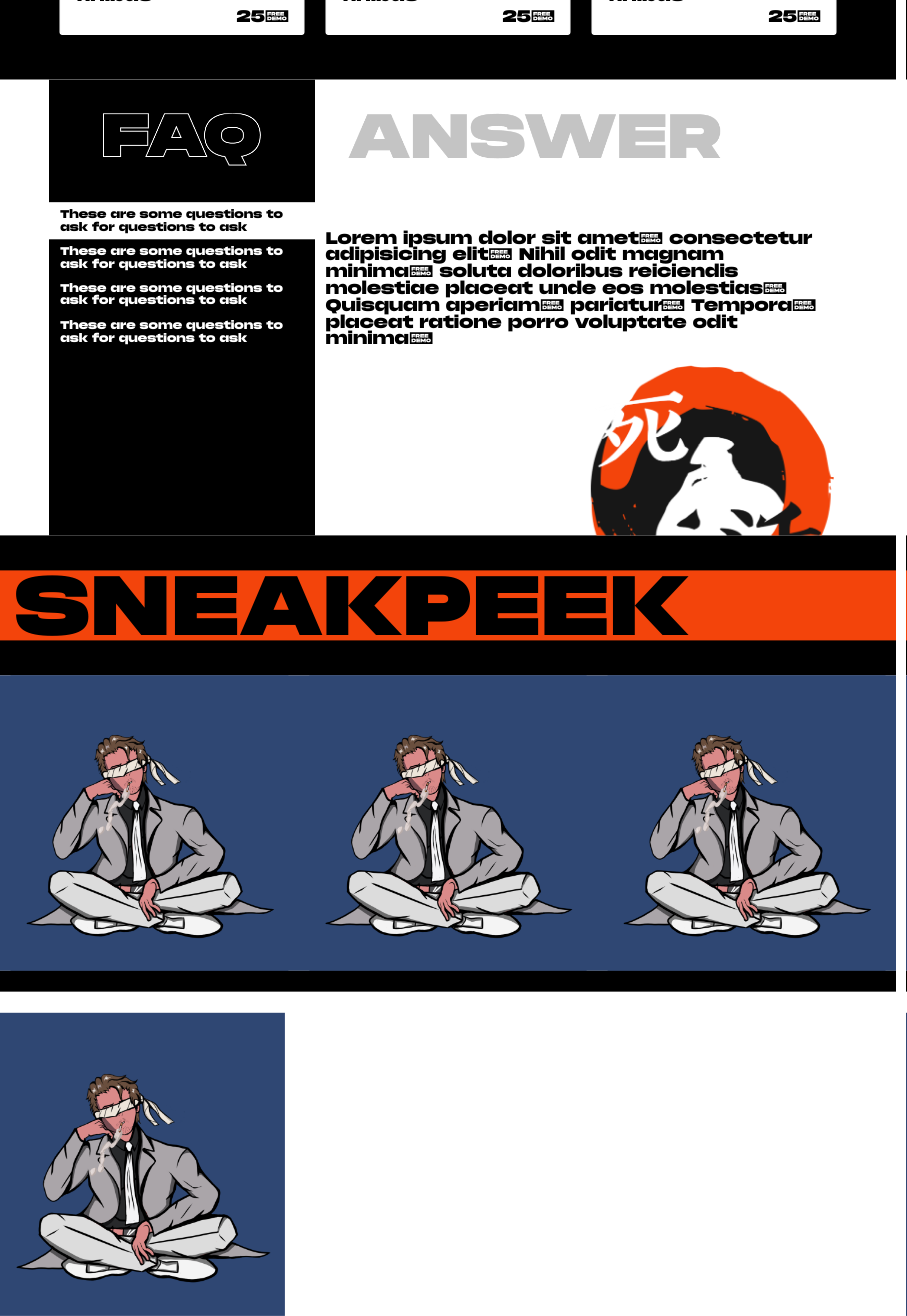
Repository: danishmahmoodawan/Sneakpeak
Page: /
These files come from the project's save history. The page is drawn as it stood at one moment and after the next save; the edit follows.
The browser window is 1280 px wide. The page is 1295 px wide, so the pictures cover 1295 px, including what lies to the right of the window. The pictures show the part of the page from y = 1587 to 3467 px (the page is 3467 px tall before and 3258 px after), at 70% of full size.
The project was rebuilt for these pictures with package versions that can differ from the ones it lists, and the page was loaded fresh each time.

Above is the page before, as saved 2022-02-28 22:08:39.

### public/index.html
<!DOCTYPE html>
<html lang="en">
  <head>
    <meta charset="utf-8" />
    <meta name="viewport" content="width=device-width, initial-scale=1" />
    <link rel="stylesheet" href="https://cdnjs.cloudflare.com/ajax/libs/twitter-bootstrap/4.6.0/css/bootstrap.min.css">
	<link rel="stylesheet" href="https://cdnjs.cloudflare.com/ajax/libs/font-awesome/5.15.4/css/all.min.css">
	<link rel="stylesheet" href="assets/css/style.css">
	<title>SneakPeak</title>
  </head>
  <body>
    <noscript>You need to enable JavaScript to run this app.</noscript>
    <div id="root"></div>
	<script src="https://cdnjs.cloudflare.com/ajax/libs/jquery/3.5.1/jquery.slim.min.js"></script>
	<script src="https://cdnjs.cloudflare.com/ajax/libs/popper.js/1.16.1/umd/popper.min.js"></script>
  <script src="https://cdnjs.cloudflare.com/ajax/libs/twitter-bootstrap/4.6.0/js/bootstrap.min.js"></script>
  <link rel="stylesheet" href="https://fonts.googleapis.com/css2?family=Inter:wght@100;200;300;400;500;600;700;800;900&display=swap"/>
  <link rel="stylesheet" href="https://fonts.googleapis.com/css2?family=VT323:wght@400&display=swap"/>
  </body>
</html>

### src/App.js
import Home from "./pages/Home";

function App() {
  return (
    <div>
      <Home />
    </div>
  );
}

export default App;

### src/pages/Home.js

import { useState, useEffect } from 'react';
function Home() {

  return (
   <>
 <section className="top_section">
            <div className="container">
                <div className="row">
                    <div className="col-12 text-center top_image">
                        <div className="social_div">
                            <img src="assets/images/ICON_INSTA24.png" alt="ICON_INSTA24" className="desktop_image"/>
                            <img src="assets/images/ICON_MEDIUM25.png" alt="ICON_MEDIUM25" className="desktop_image"/>
                            <img src="assets/images/ICON_OS26.png" alt="ICON_OS26" className="desktop_image"/>
                            <img src="assets/images/ICON_TWITTER27.png" alt="ICON_TWITTER27" className="desktop_image"/>
                            <img src="assets/images/ICON_DISCORD28.png" alt="ICON_DISCORD28" className="desktop_image"/>
                        </div>
                    </div>
                </div>
            </div>
        </section>
        <section className="first_section"></section>

        <section className="second_section">
            <div className="container">
                <div className="row d-flex align-items-center justify-content-center">
                    <div className="col-12 col-md-5 left_sec_col img_col">
                        <div className="row">
                          <div className="col-12 right_inner_sec_col row_set_whi">
                                <div className="row">
                                    <div className="col-4 col_white">
                                        <p>PRICE</p>
                                    </div>
                                    <div className="col-8 col_black">
                                        <p>0.15 Ξ</p>
                                    </div>
                                </div>
                                <div className="row">
                                    <div className="col-4 col_white">
                                        <p>TOTAL</p>
                                    </div>
                                    <div className="col-8 col_black">
                                        <p>1125 / 3333</p>
                                    </div>
                                </div>
                                <div className="row">
                                    <div className="col-4 col_white">
                                        <p>LIMIT</p>
                                    </div>
                                    <div className="col-8 col_black">
                                        <p>5 PER TX</p>
                                    </div>
                                </div>
                            </div>
                        </div>

                    </div>
                    <div className="col-12 col-md-2 left_sec_col text-center">
                        <div className="row"><div className="col-12 icon_size p-0"> <a href="#" target={{target:"_blank"}}> <svg xmlns="http://www.w3.org/2000/svg" width="50" height="40" fill="currentColor" class="bi bi-chevron-compact-up" viewBox="0 0 16 16">
  <path fill-rule="evenodd" d="M7.776 5.553a.5.5 0 0 1 .448 0l6 3a.5.5 0 1 1-.448.894L8 6.56 2.224 9.447a.5.5 0 1 1-.448-.894l6-3z"/>
</svg></a></div>
 </div>
                        <div className="row"><div className="col-12 icon_size p-0"><span class="counts"> 5 </span></div> </div>
                        <div className="row"><div className="col-12 icon_size p-0"><a href="#" target={{target:"_blank"}}> <svg xmlns="http://www.w3.org/2000/svg" width="50" height="40" fill="currentColor" class="bi bi-chevron-compact-down" viewBox="0 0 16 16">
  <path fill-rule="evenodd" d="M1.553 6.776a.5.5 0 0 1 .67-.223L8 9.44l5.776-2.888a.5.5 0 1 1 .448.894l-6 3a.5.5 0 0 1-.448 0l-6-3a.5.5 0 0 1-.223-.67z"/>
</svg></a></div>
 </div>
                    </div>
                    <div className="col-12 col-md-2 mintbtns right_col">
                    <button classname=" m-2">MINT <br /> NOW</button>
                    </div>
                </div>
            </div>
        </section>

        <section className="third_section roadmapSec">
            <div className="container">
                <div className="row third_row">
                <div className="col-12 "><h1>ROADMAP</h1></div>
                 </div>
                 <div className="row set_map">
                 <div className="col-sm-12 col-md-4">
                 <div className="btn map_one maptwo btn-primary position-relative">
             <p>    Lorem ipsum dolor sit amet consectetur adipiscing elit Aliquam ac dapibus orci sit amet laoreet odio Sed commodo nulla sit amet est posuere lobortis Maecenas ultrices justo non cursus finibus </p>
  <span class="position-absolute top-0 start-100 translate-middle badge rounded-pill set_ict">
  <img src="assets/images/01.png" alt="PREVIEW_Artboard321293" className="desktop122_image" />
  </span>
  <p className="text-right">25%</p>
</div>
                 </div>
                 <div className="col-sm-12 col-md-4">
                 <div className="btn map_one maptwo btn-primary position-relative">
             <p>    Lorem ipsum dolor sit amet consectetur adipiscing elit Aliquam ac dapibus orci sit amet laoreet odio Sed commodo nulla sit amet est posuere lobortis Maecenas ultrices justo non cursus finibus </p>
  <span class="position-absolute top-0 start-100 translate-middle badge rounded-pill set_ict">
  <img src="assets/images/02.png" alt="PREVIEW_Artboard321293" className="desktop122_image" />
  </span>
  <p className="text-right">25%</p>
</div>
                 </div>
                 <div className="col-sm-12 col-md-4">
                 <div className="btn map_one maptwo btn-primary position-relative">
             <p>    Lorem ipsum dolor sit amet consectetur adipiscing elit Aliquam ac dapibus orci sit amet laoreet odio Sed commodo nulla sit amet est posuere lobortis Maecenas ultrices justo non cursus finibus </p>
  <span class="position-absolute top-0 start-100 translate-middle badge rounded-pill set_ict">
  <img src="assets/images/03.png" alt="PREVIEW_Artboard321293" className="desktop122_image" />
  </span>
  <p className="text-right">25%</p>
</div>
                 </div>
                 </div>
             </div>
        </section>
        <section className="forth_section faq_container">
            <div className="container">
            <div className="row">
            <div className="col-4 faq_col p-5">
            <img src="assets/images/faq.png" alt="PREVIEW_Artboard321293" className="desktop122_image" />
</div>
            <div className="col-8 p-5">
            <img src="assets/images/answer.png" alt="PREVIEW_Artboard321293" className="desktop122_image" />
            </div>
            </div>



<div className="row">
<div className="col-md-4 bg_link faq_tabss p-0">

    <ul className="nav md-pills pills-secondary d-flex flex-column">
      <li className="nav-item">
        <a className="nav-link active" data-toggle="tab" href="#panel11" role="tab">These are some questions to ask for questions to ask</a>
      </li>
      <li className="nav-item">
        <a className="nav-link" data-toggle="tab" href="#panel12" role="tab">These are some questions to ask for questions to ask</a>
      </li>
      <li className="nav-item">
        <a className="nav-link" data-toggle="tab" href="#panel13" role="tab">These are some questions to ask for questions to ask</a>
      </li>
      <li className="nav-item">
        <a className="nav-link" data-toggle="tab" href="#panel14" role="tab">These are some questions to ask for questions to ask</a>
      </li>
    </ul>

  </div>
  <div className="col-md-8 logo_ns">

    <div className="tab-content pt-0">

      <div className="tab-pane fade in show active" id="panel11" role="tabpanel">
        <br />

        <p>Lorem ipsum dolor sit amet, consectetur adipisicing elit. Nihil odit magnam minima, soluta doloribus
          reiciendis molestiae placeat unde eos molestias. Quisquam aperiam, pariatur. Tempora, placeat ratione
          porro voluptate odit minima.</p>
          <img src="assets/images/logo_set.png" alt="LOGO" className="desktop122_image" />


      </div>
      <div className="tab-pane fade" id="panel12" role="tabpanel">
        <br />

        <p>Lorem ipsum dolor sit amet, consectetur adipisicing elit. Nihil odit magnam minima, soluta doloribus
          reiciendis molestiae placeat unde eos molestias. Quisquam aperiam, pariatur. Tempora, placeat ratione
          porro voluptate odit minima.</p>
        <p>Lorem ipsum dolor sit amet, consectetur adipisicing elit. Nihil odit magnam minima, soluta doloribus
          reiciendis molestiae placeat unde eos molestias. Quisquam aperiam, pariatur. Tempora, placeat ratione
          porro voluptate odit minima.</p>

      </div>
      <div className="tab-pane fade" id="panel13" role="tabpanel">
        <br />

        <p>Lorem ipsum dolor sit amet, consectetur adipisicing elit. Nihil odit magnam minima, soluta doloribus
          reiciendis molestiae placeat unde eos molestias. Quisquam aperiam, pariatur. Tempora, placeat ratione
          porro voluptate odit minima.</p>
          <img src="assets/images/logo_set.png" alt="LOGO" className="desktop122_image" />


      </div>
      <div className="tab-pane fade" id="panel14" role="tabpanel">
        <br />

        <p>Lorem ipsum dolor sit amet, consectetur adipisicing elit. Nihil odit magnam minima, soluta doloribus
          reiciendis molestiae placeat unde eos molestias. Quisquam aperiam, pariatur. Tempora, placeat ratione
          porro voluptate odit minima.</p>
        <p>Lorem ipsum dolor sit amet, consectetur adipisicing elit. Nihil odit magnam minima, soluta doloribus
          reiciendis molestiae placeat unde eos molestias. Quisquam aperiam, pariatur. Tempora, placeat ratione
          porro voluptate odit minima.</p>

      </div>


    </div>


</div>

</div>
</div>


        </section>

        <section className="fifth_section">
            <div className="container-fluid fifth_container">
            <div className="row"><div className="col-12">
                <h2 className="road_map">SNEAKPEEK</h2>
            </div></div></div>
        </section>
        <section className="six_section">
            <div className="container-fluid">
            <div className="row">
            <div className="col-4">
            <img src="assets/images/char_img.png" alt="char_img" className="desktop122_image" />
            </div>
            <div className="col-4">
            <img src="assets/images/char_img.png" alt="char_img" className="desktop122_image" />
            </div>
            <div className="col-4">
            <img src="assets/images/char_img.png" alt="char_img" className="desktop122_image" />
            </div>

            </div>
            </div>
        </section>
        <section>
        <div className="row">
            <div className="col-12">
            <div class="empty_div"> </div>
            </div>
            <div className="col-12">
            <div class="empty_divs"> </div>
            </div>
            </div>
        </section>
        <section className="section_seven">
        <div className="row">
            <div className="col-4">
            <img src="assets/images/char_img.png" alt="char_img" className="desktop122_image" />
            </div>
            </div>
        </section>

	</>
  );
}

export default Home;

### public/assets/css/style.css
html {
  font-family: Inter;
  font-size: 16px;
}
@font-face {
  font-family: 'Phonk-cont';
  src: url('../fonts/Phonk-ContrastDEMO.ttf');
}
@font-face {
  font-family: 'Phonk-regular';
  src: url('../fonts/Phonk-ReguularDEMO.ttf');
}
body {
  font-weight: 400;
  font-style:normal;
  text-decoration: none;
  text-transform: none;
  letter-spacing: normal;
  line-height: 1.15;
  color: var(--dl-color-gray-black);
  background-color: var(--dl-color-gray-white);
}
p{
  margin-bottom: 0px;
  font-family: Phonk-cont;
  font-size: 24px;
  font-style: normal;
  font-weight: 400;
  line-height: 24px;
  letter-spacing: 0em;
  text-align: left;
  color:#FFF
}
h2{
  font-family: 'Phonk-cont';
  font-style: normal;
  font-weight: normal;
  font-size: 72px;
  line-height: 72px;
  color: #FFFFFF;
  text-align: center;
  margin-bottom: 0;
}
:root {
  --dl-color-gray-500: #595959;
  --dl-color-gray-700: #999999;
  --dl-color-gray-900: #D9D9D9;
  --dl-size-size-large: 144px;
  --dl-size-size-small: 48px;
  --dl-color-danger-300: #A22020;
  --dl-color-danger-500: #BF2626;
  --dl-color-danger-700: #E14747;
  --dl-color-gray-black: #000000;
  --dl-color-gray-white: #FFFFFF;
  --dl-size-size-medium: 96px;
  --dl-size-size-xlarge: 192px;
  --dl-size-size-xsmall: 16px;
  --dl-space-space-unit: 16px;
  --dl-color-primary-100: #003EB3;
  --dl-color-primary-300: #0074F0;
  --dl-color-primary-500: #14A9FF;
  --dl-color-primary-700: #85DCFF;
  --dl-color-success-300: #199033;
  --dl-color-success-500: #32A94C;
  --dl-color-success-700: #4CC366;
  --dl-size-size-xxlarge: 288px;
  --dl-size-size-maxwidth: 1400px;
  --dl-radius-radius-round: 50%;
  --dl-space-space-halfunit: 8px;
  --dl-space-space-sixunits: 96px;
  --dl-space-space-twounits: 32px;
  --dl-radius-radius-radius2: 2px;
  --dl-radius-radius-radius4: 4px;
  --dl-radius-radius-radius8: 8px;
  --dl-space-space-fiveunits: 80px;
  --dl-space-space-fourunits: 64px;
  --dl-space-space-threeunits: 48px;
  --dl-space-space-oneandhalfunits: 24px;
}

.desktop122_image{
  width: 100%;
}
/* css start */
.top_section{
  background-color: #222222;
  padding: 10px;
}
.empty_div{
height: 30px;
background: #000;
}
.empty_divs{
height: 30px;
background: white;
}
.section_seven{
background: rgba(255, 255, 255, 0.5);
}
.top_content .button{
  font-family: VT323;
  font-style: normal;
  font-weight: normal;
  font-size: 16px;
  line-height: 16px;
  color: #222222;
}
.first_section{
  background-image: url('images/banner_home.png');
  background-repeat: no-repeat;
  background-size: cover;
  height: 100vh;
  background-position: center;
}
.second_section{
  background-image: url('images/aksc.png');
    background-repeat: no-repeat;
    background-size: inherit;
    background-position: center;
    margin: -30px;
    width: 100%;
}
.third_row h1{
  font-family: Phonk-cont;
  font-style: normal;
  font-weight: 600;
  font-size: 100px;
  text-align: center;
  color: white;
}
.col_white p{
  color: #fff;
  padding: 8px 0;
  text-align: center;
}

.col_black p{
  color: #F3440B;
  padding: 8px 0;
  text-align: right;
}
.img_col{
  padding: 32px 20px !important;
}
.mintbtns button{
  background: #F3440B;
border-radius: 10px;
color: white;
padding: 44px 25px;
font-family: Phonk-cont;
font-weight: 600;
font-size: 36px;
line-height: 46px;
border-color: #F3440B;
}
.mintbtns button:hover{
  background: #bc350a;
}
.counts{
  font-family: Phonk-cont;
  font-style: normal;
  font-weight: 600;
  font-size: 55px;
  color: white;
}
.icon_size{
color: white;
}
.icon_size a{
  color: white;
}
.icon_size a:hover{
  color: #F3440B;
}
.second_section .row{
  align-items: center;
}
.left_sec_col{
  background-color: #000;
  padding: 20px 15px;
  border-radius: 10px;
  margin-left: 10px;
  margin-right: 10px;
}
.second_section .right_sec_col p{
  padding-left: 30px;
}
.pluss_minus_row{
  padding: 40px;
}
.second_section a.button{
  background: linear-gradient(90.9deg, #35A9AD 0%, #9D4DB1 100%);
  color: #FFF;
  font-family: VT323;
  display: block;
  text-decoration: none;
  max-width: 370px;
  margin: 0 auto;
  margin-top: 30px;
  cursor: pointer;
}
.map_one{
  background: #444444;
  border: 2px solid #FFFFFF;
box-sizing: border-box;
padding: 35px 20px 10px 20px;
margin-top: 16%;
}
.roadmapSec{
padding: 5% 0;
}
.maptwo{
  background: white;
}
.maptwo p{
  color: #000;
}
.forth_section img{
width: 80%;
}
.map_one p{
  line-height: 30px;
}
.maptwo .badge{
top: -118px !important;
}
.maptwo img{
  width: 82%;
}
.map_one .badge{
  top: -90px;
  right: -19px;

}
.set_ict{
  font-family: Phonk-cont;
  font-style: normal;
  font-weight: 600;
  font-size: 100px;
  text-align: center;
  color: white;
}
.map_one:hover{
  background: #444444;
  border: 2px solid #FFFFFF;
}
.maptwo:hover{
  background: white;
}
.map_one:active, .map_one:focus{
  background-color: #444444 !important;
  box-shadow: none !important;
  border-color: #fff !important;
}
.map_two:active, .map_two:focus{
  background-color: white !important;
  box-shadow: none !important;
  border-color: #fff !important;
}
.map_one:not(:disabled):not(.disabled){
  cursor: auto;
}
p.sol{
  color: rgba(34, 34, 34, 0.5);
  text-align: center;
  padding-top: 8px;
}
.third_section{
  background-color: black;
  padding-top: 7%;
}
.faq_container{
  background: white;
}
.faq_container h2{
  padding: 0 30px;

}
.faq_col{
background: black;
display: block;
text-align: center;
}
.bg_link{
  background: black;
}

.forth_left_col{
  background-color: #222222;
}
.forth_section p{
  margin: 20px 0;
  color: black;
}
.logo_ns img{
width: 50%;
float: right;
}
.forth_left_col p{
  background-color: #111111;
  color: #FFF;
  padding: 10px 20px;
}
.forth_right_col{
  padding-left: 100px;
}
.forth_right_col p{
  color: #111111;
}
.fifth_section{
  background: black;
  padding: 50px 0;
}
.fifth_section .container:not(:last-child) {
  background: #C4C4C4;
  max-width: 900px;
  margin: 0 auto;
  padding: 50px 30px 100px;
}

.fifth_section h2.road_map{
  font-size: 120px;
  line-height: 60px;
color:black;
text-align: left;
}
.fifth_section p{
  color: #111111;
}
.fifth_container{
background: #F3440B;
padding: 20px;
}
.six_section{
background: #2f4773;
}
.fifth_left_col{
  background-color: #FFF;
  border-right: 8px solid rgba(17, 17, 17, 0.5);
  border-bottom: 8px solid rgba(17, 17, 17, 0.5);
}
.fifth_left_col h2{
  font-size: 100px;
  line-height: 100px;
  color: #000000;
  padding: 20px;
}
.fifth_last_row .fifth_left_col{
  background: linear-gradient(90.9deg, #35A9AD 0%, #9D4DB1 100%);
  border-right: 8px solid rgba(255, 255, 255, 0.5);
  border-bottom: 8px solid rgba(255, 255, 255, 0.5);
}
.fifth_last_row .fifth_left_col h2{
  color: #FFF;
}
.logo_container{
  background-color: #FFF;
}
/* FAQ Start */
.faq_tabss a{
color: white;
font-family: Phonk-cont;
}
.faq_tabss .active{
background: white;
color: black;
}
/* FAQ STart */
/* media query */
@media only screen and (min-width: 1025px) {

}
@media only screen and (max-width: 1024px) and (min-width: 992px) {

  .first_section{
    height: 26vh;
    background-size: contain;
  }
  .right_third_col{
    background-size: cover;
  }
}

@media only screen and (max-width: 992px) and (min-width: 768px) {
  .first_section{
    height: 26vh;
  }
  .pluss_minus_row{
    padding: 25px;
  }
  .col_white p ,.col_black p{
    font-size: 18px;
  }
  .right_third_col{
    background-size: cover;
  }
}
@media only screen and (max-width: 767px) {
  h2{
    font-size: 36px;
    line-height: 42px;
  }

  .first_section {
    background-size: contain;
    height: 160px;
  }
  .top_section .col-6{
padding: 0;
  }
  .right_sec_col{
    padding-top: 30px;
  }
  .second_section p{
    padding: 0 25px;
    text-align: center;
  }
  .row_set_whi{
    margin: 10px -25px;
  }
  .footer_row .col_ew{
display: none;
  }
  .faq_container{
    padding: 35px 0 30px;
  }
  .right_third_col .container{
    position: initial
  }
  .right_third_col .container .row{
    margin-top: 20px;
  }
  .right_third_col a{
    margin-bottom: 10px;
  }
  .forth_right_col{
    padding: 0 15px ;
  }
  .forth_section{
    padding-bottom: 40px;
  }
  .fifth_section p{
    margin-top: 20px;
  }
  .fifth_section .container:not(:last-child){
    padding-bottom: 40px;
  }
  body, html{
    overflow-x: hidden;
  }
}

@media only screen and (max-width: 767px) and (min-width: 540px) {
  .first_section{
    height: 33vh;
    background-size: contain;
  }
}

Loaded but not shown: src/index.js (common file); src/index.css (common file); src/reportWebVitals.js (common file)

After the next save:
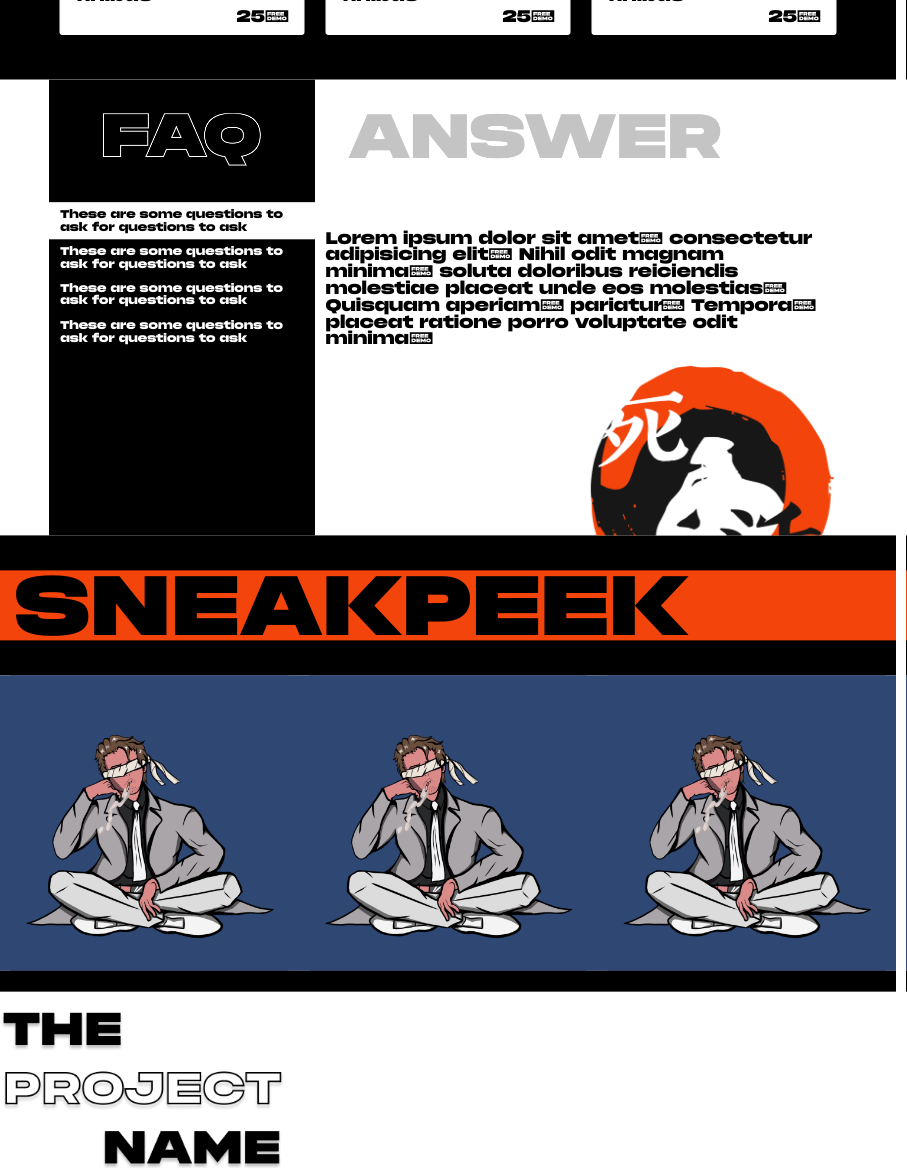
Saved 26 s later.
--- a/src/pages/Home.js
+++ b/src/pages/Home.js
@@ -235,7 +235,7 @@ function Home() {
         <section className="section_seven">
         <div className="row">
             <div className="col-4">
-            <img src="assets/images/char_img.png" alt="char_img" className="desktop122_image" />
+            <img src="assets/images/project_name.png" alt="char_img" className="desktop122_image" />
             </div>
             </div>
         </section>
